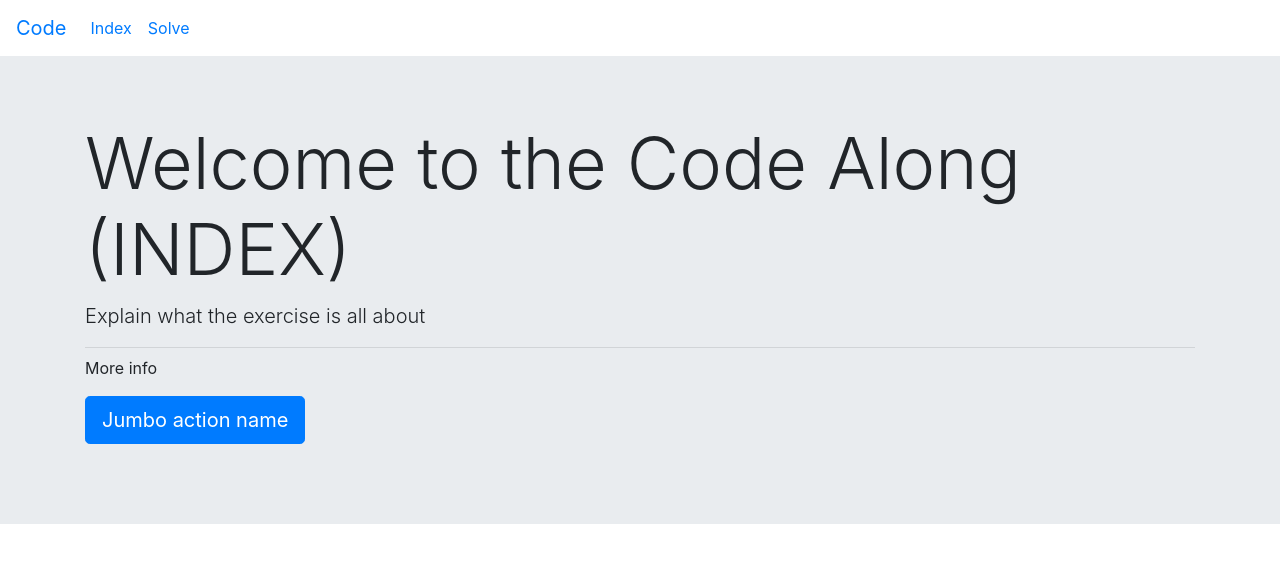
Repository: zhadjah9559/TacocatGrammar
Page: code.html
The author's editor kept a copy of each file at every save. The page is drawn from the files as they stood at one save, then again after a run of saves.
The browser window is 1280 px wide. The pictures show the whole page.

Above is the page before, as saved 2021-01-11 15:37:14.

### code.html
<!doctype html>
<html lang="en">
  <head>
    <title>Code</title>
    <!-- Required meta tags -->
    <meta charset="utf-8">
    <meta name="viewport" content="width=device-width, initial-scale=1, shrink-to-fit=no">

    <!-- Bootstrap CSS -->
    <link rel="stylesheet" href="https://stackpath.bootstrapcdn.com/bootstrap/4.3.1/css/bootstrap.min.css" integrity="sha384-ggOyR0iXCbMQv3Xipma34MD+dH/1fQ784/j6cY/iJTQUOhcWr7x9JvoRxT2MZw1T" crossorigin="anonymous">
  </head>
  <body>

    <nav class="navbar navbar-expand-sm" >
        <a class="navbar-brand" href="#">Code</a>
        <button class="navbar-toggler d-lg-none" type="button" data-toggle="collapse" data-target="#collapsibleNavId" aria-controls="collapsibleNavId"
            aria-expanded="false" aria-label="Toggle navigation"></button>
        <div class="collapse navbar-collapse" id="collapsibleNavId">
            <ul class="navbar-nav mr-auto mt-2 mt-lg-0">
                <li class="nav-item active">
                    <a class="nav-link" href="index.html">Index<span class="sr-only">(current)</span></a>
                </li>
                <li class="nav-item">
                    <a class="nav-link" href="solve.html">Solve</a>
                </li>
            </ul>
        </div>
    </nav>


    <div class="jumbotron jumbotron-fluid">
        <div class="container">
            <h1 class="display-3">Welcome to the Code Along (INDEX)</h1>
            <p class="lead">Explain what the exercise is all about</p>
            <hr class="my-2">
            <p>More info</p>
            <p class="lead">
                <a class="btn btn-primary btn-lg" href="Jumbo action link" role="button">Jumbo action name</a>
            </p>
        </div>
    </div>

    <!-- Optional JavaScript -->
    <!-- jQuery first, then Popper.js, then Bootstrap JS -->
    <script src="https://code.jquery.com/jquery-3.3.1.slim.min.js" integrity="sha384-q8i/X+965DzO0rT7abK41JStQIAqVgRVzpbzo5smXKp4YfRvH+8abtTE1Pi6jizo" crossorigin="anonymous"></script>
    <script src="https://cdnjs.cloudflare.com/ajax/libs/popper.js/1.14.7/umd/popper.min.js" integrity="sha384-UO2eT0CpHqdSJQ6hJty5KVphtPhzWj9WO1clHTMGa3JDZwrnQq4sF86dIHNDz0W1" crossorigin="anonymous"></script>
    <script src="https://stackpath.bootstrapcdn.com/bootstrap/4.3.1/js/bootstrap.min.js" integrity="sha384-JjSmVgyd0p3pXB1rRibZUAYoIIy6OrQ6VrjIEaFf/nJGzIxFDsf4x0xIM+B07jRM" crossorigin="anonymous"></script>
  </body>
</html>

### css/custom.css
/*.navbar .navbar-expand-sm{
    background-color: #A6A6A6;
}*/

After the next 2 saves:
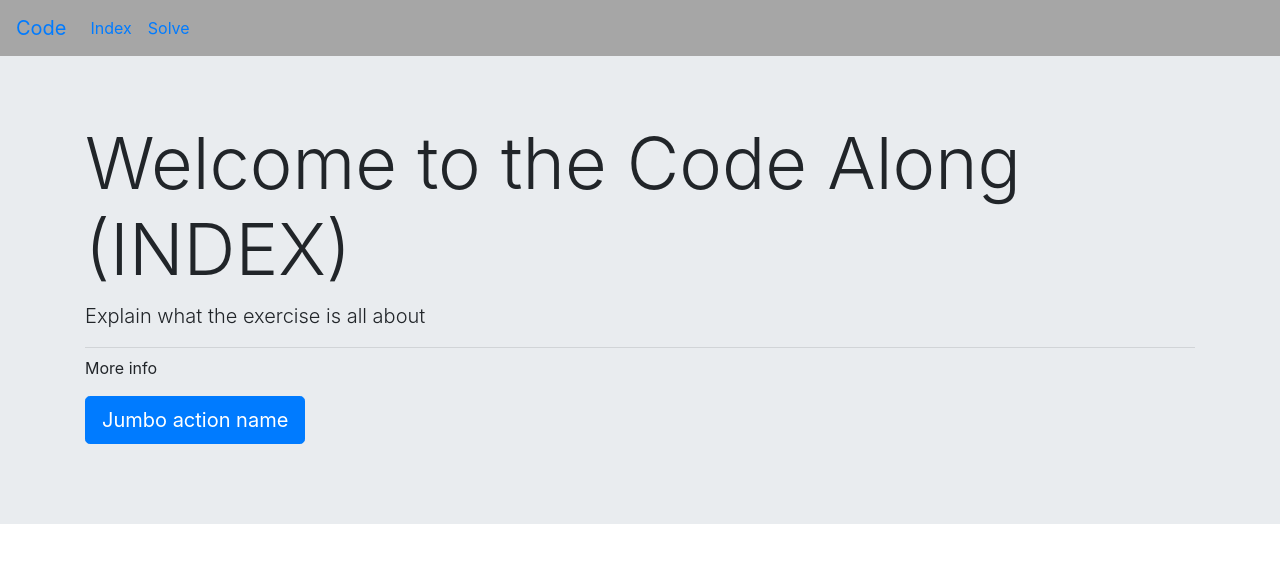
The 2 saves are shown as one change because they came seconds apart.
The last was saved 8 s later.
--- a/code.html
+++ b/code.html
@@ -11,7 +11,7 @@
   </head>
   <body>
 
-    <nav class="navbar navbar-expand-sm" >
+    <nav class="navbar navbar-expand-sm" style="background-color: #A6A6A6;">
         <a class="navbar-brand" href="#">Code</a>
         <button class="navbar-toggler d-lg-none" type="button" data-toggle="collapse" data-target="#collapsibleNavId" aria-controls="collapsibleNavId"
             aria-expanded="false" aria-label="Toggle navigation"></button>

After the 6 saves that followed:
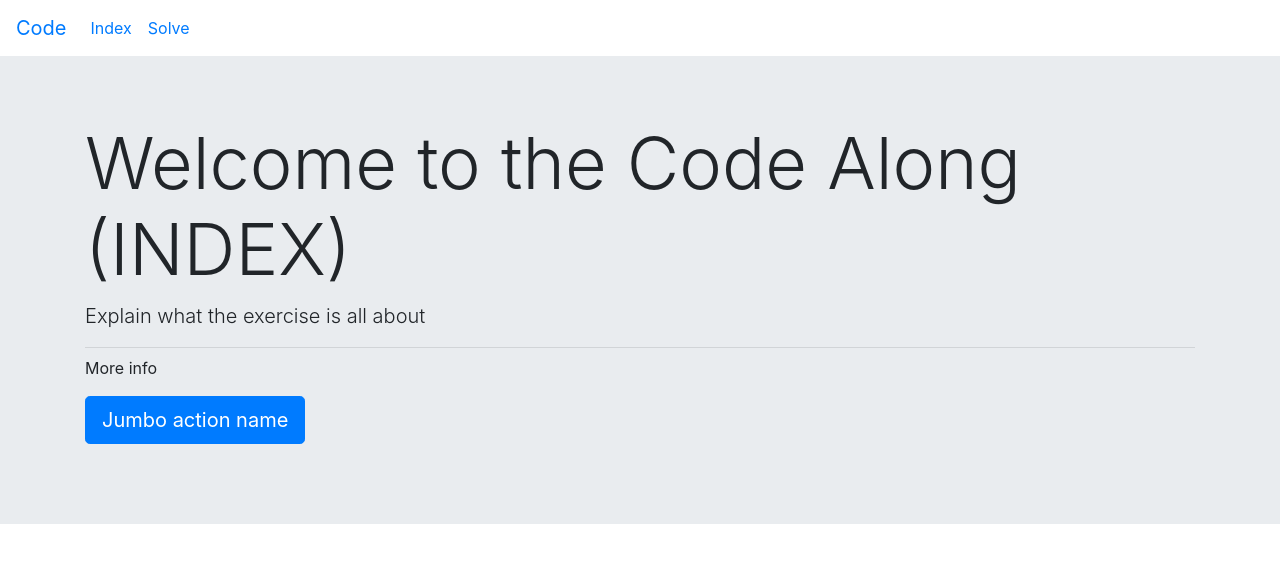
The 6 saves are shown as one change because 3 left the picture as it was and some came seconds apart.
The last was saved 50 s later.
--- a/code.html
+++ b/code.html
@@ -8,10 +8,11 @@
 
     <!-- Bootstrap CSS -->
     <link rel="stylesheet" href="https://stackpath.bootstrapcdn.com/bootstrap/4.3.1/css/bootstrap.min.css" integrity="sha384-ggOyR0iXCbMQv3Xipma34MD+dH/1fQ784/j6cY/iJTQUOhcWr7x9JvoRxT2MZw1T" crossorigin="anonymous">
+    <link rel="stylesheet" href="css/custom.css">
   </head>
   <body>
 
-    <nav class="navbar navbar-expand-sm" style="background-color: #A6A6A6;">
+    <nav class="navbar navbar-expand-sm" ">
         <a class="navbar-brand" href="#">Code</a>
         <button class="navbar-toggler d-lg-none" type="button" data-toggle="collapse" data-target="#collapsibleNavId" aria-controls="collapsibleNavId"
             aria-expanded="false" aria-label="Toggle navigation"></button>
--- a/css/custom.css
+++ b/css/custom.css
@@ -1,3 +1,3 @@
-/*.navbar .navbar-expand-sm{
+.navbar .navbar-expand-sm{
     background-color: #A6A6A6;
-}*/
+}
